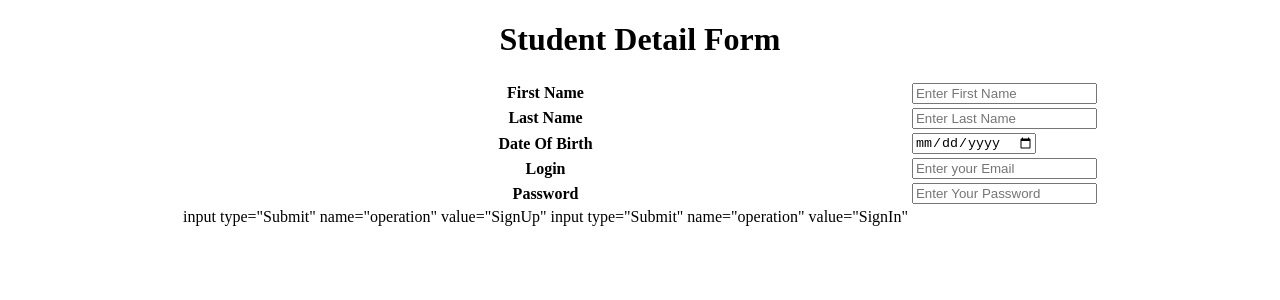
Repository: Abhi070717/Advance-Java
Page: http://localhost/jsp-servlet/UserForm.jsp
An editor plug-in stored every save of this project. The page is shown before and after the next save, followed by the edit.
The browser window is 1280 px wide. The pictures show the whole page.
The page is served by Tomcat 9.

Above is the page before, as saved 2026-01-21 11:22:24.

After the next save:
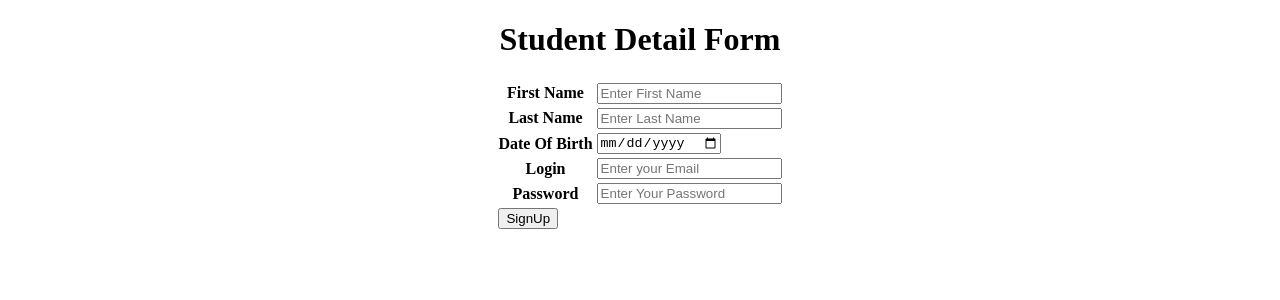
Saved 35 s later.
--- a/Jsp-servlet/jsp-servlet/WebContent/UserForm.jsp
+++ b/Jsp-servlet/jsp-servlet/WebContent/UserForm.jsp
@@ -38,7 +38,7 @@
 						placeholder="Enter Your Password"></td>
 				</tr>
 
-					<td>input type="Submit" name="operation" value="SignUp" input type="Submit" name="operation" value="SignIn"</td>
+					<td><input type="Submit" name="operation" value="SignUp" type="Submit" name="operation" value="SignIn"></td>
 				</tr>
 			</table>
 
